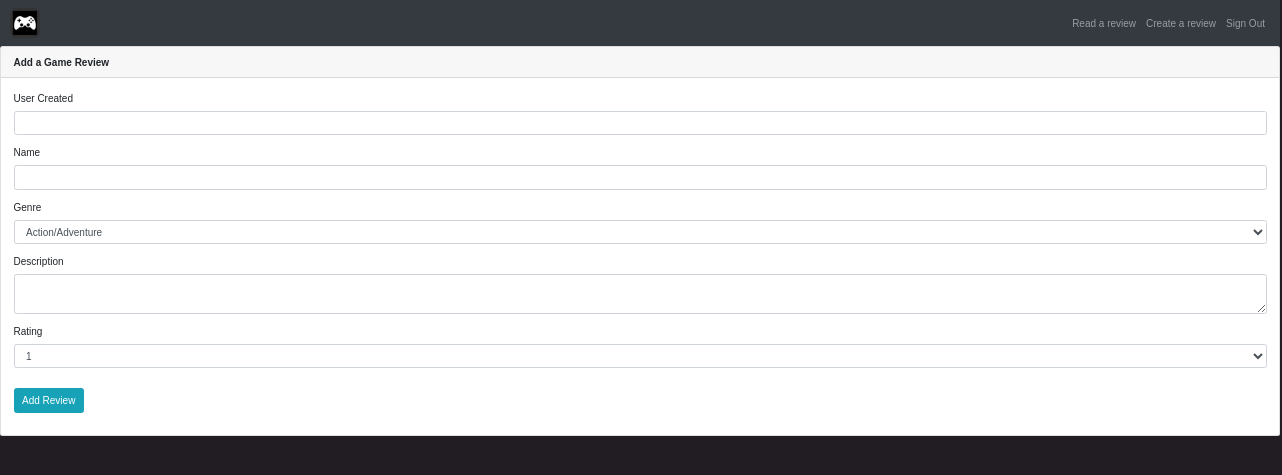
Repository: amit238/milestone-project-3
Page: http://localhost/addreview
The author's editor kept a record of every edit. The page is drawn from the files as they stood at one moment, then again after the next edit.
The browser window is 1280 px wide. The page is 1282 px wide, so the pictures cover 1282 px, including what lies to the right of the window. The pictures show the whole page.
Some web libraries are served in a nearby version. The page is served by the project's application, run on Flask 3 (app.py). The session is filled in as if someone had signed in: {"username": "testuser", "logged_in": true}.

Above is the page before.

After the next edit:
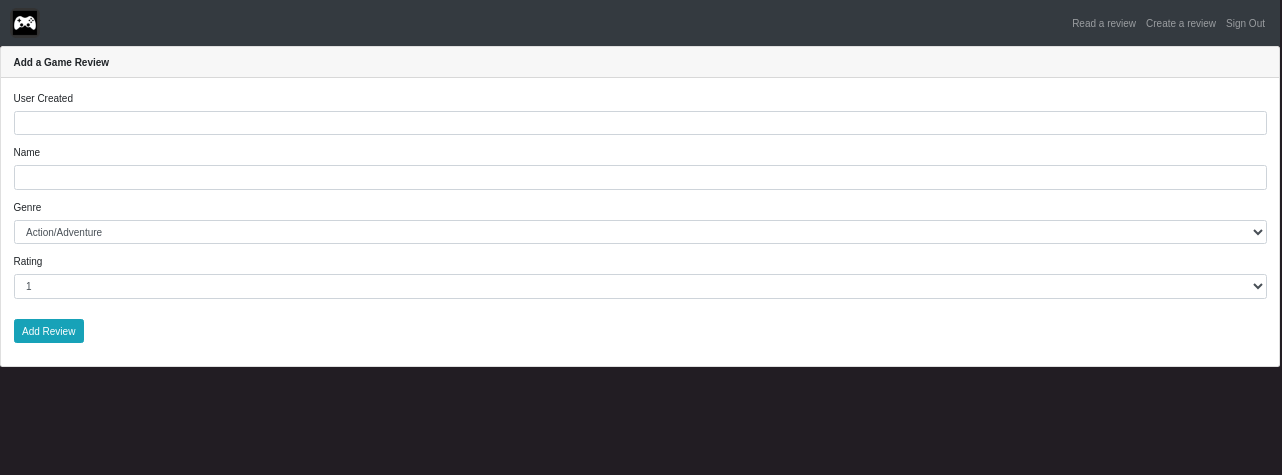
The edit:
--- a/templates/addreview.html
+++ b/templates/addreview.html
@@ -53,20 +53,6 @@
                             </div>
 
                             <div class="form-group">
-                                {{ form.description.label(class="form-control-label") }}
-                                {% if form.description.errors %}
-                                {{ form.description(class="form-control form-control is-invalid") }}
-                                <div class="invalid-feedback"><!--checking for invalid input and message user-->
-                                    {% for error in form.description.errors %}
-                                    <span>{{ error }}</span>
-                                    {% endfor %}
-                                </div>
-                                {% else %}
-                                {{ form.description(class="form-control form-control") }}
-                                {% endif %}
-                            </div>
-
-                            <div class="form-group">
                                 {{ form.rating.label(class="form-control-label") }}
                                 {% if form.rating.errors %}
                                 {{ form.rating(class="form-control form-control is-invalid") }}
